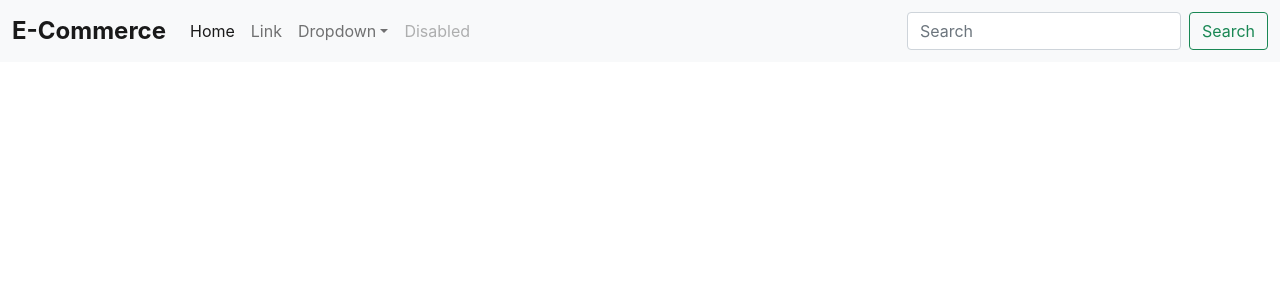
Repository: Sanjayjangra88/online_shop
Page: /products
The author's editor kept a copy of each file at every save. The page is drawn from the files as they stood at one save, then again after the next save.
The browser window is 1280 px wide. The pictures show the whole page.
The project was rebuilt for these pictures with package versions that can differ from the ones it lists, and the page was loaded fresh each time. Also part of the build but not shown: src/App.css.

Above is the page before, as saved 2022-03-29 19:11:25.

After the next save:
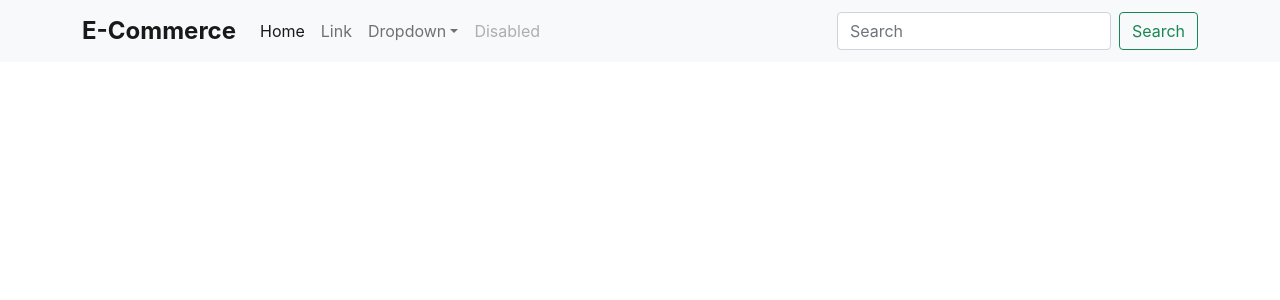
Saved 36 s later.
--- a/src/components2/Navbar.js
+++ b/src/components2/Navbar.js
@@ -4,7 +4,7 @@
   return (
     <div>
       <nav className="navbar navbar-expand-lg navbar-light bg-light">
-  <div className="container-fluid">
+  <div className="container">
     <a className="navbar-brand fw-bold fs-4" href="#">E-Commerce</a>
     <button className="navbar-toggler" type="button" data-bs-toggle="collapse" data-bs-target="#navbarSupportedContent" aria-controls="navbarSupportedContent" aria-expanded="false" aria-label="Toggle navigation">
       <span className="navbar-toggler-icon"></span>
